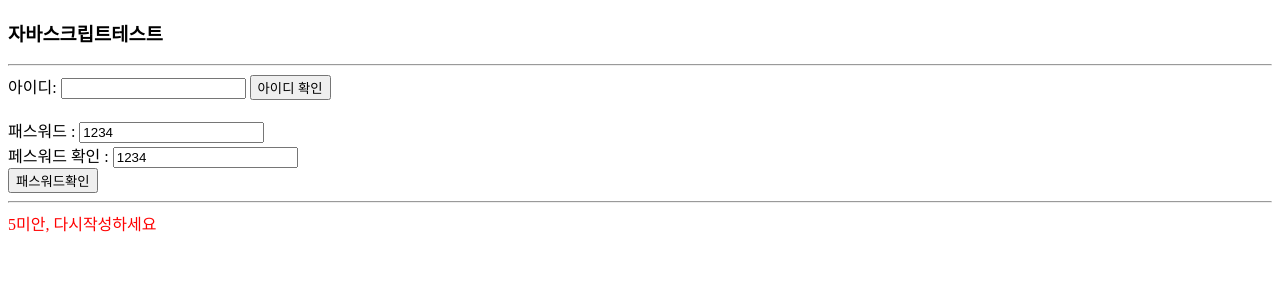
Repository: Yusubin/springEx
Page: http://localhost/spring04/js2.jsp
The author's editor kept a copy of each file at every save. The page is drawn from the files as they stood at one save, then again after the next save.
The browser window is 1280 px wide. The pictures show the whole page.
After loading, the first visible `#b1` was clicked once.
The page is served by Tomcat 9. Other server files are loaded and not shown.

Above is the page before, as saved 2022-02-17 03:50:27.

### spring04/src/main/webapp/js2.jsp
<%@ page language="java" contentType="text/html; charset=UTF-8"
	pageEncoding="UTF-8"%>
<!DOCTYPE html>
<html>
<head>
<meta charset="UTF-8">
<title>Insert title here</title>
<style>
#result, #dd {
	color: red;
}
</style>
<script src="https://ajax.googleapis.com/ajax/libs/jquery/3.6.0/jquery.min.js"></script>
<script type="text/javascript">
//아이디가 b1인 것을 클릭햇을때 가로안에 넣은 이름없는 함수를 실행해주렴

	$(function(){
		//메모리에 돔트리읽으면 함수의 내용대로 처리해줘
		text = ""
		img = ""
		$('#b1').click(function(){
			idValue=$('#id').val()
			if(idValue.length<5){
				$('#result').html("<span style='color:red'>5미안, 다시작성하세요</span>")
				$('#id').val('')
			}else{
				$('#result').html("<span style='color:red'>5미안, 다시작성하세요</span>")
			}
		})


	})

</script>
</head>
<body>
	<h3>자바스크립트테스트</h3>
	<hr>
	아이디:
	<input name="id" id="id" value="test">
	<button id="b1">아이디 확인</button>
	<div id="dd"></div>
	<br> 패스워드 :
	<input id="pass1" name="pass1" value="1234">
	<br> 페스워드 확인 :
	<input id="pass2" name="pass2" value="1234">
	<br>
	<button id="b2">패스워드확인</button>
	<hr>
	<div id="result"></div>
</body>
</html>

After the next save:
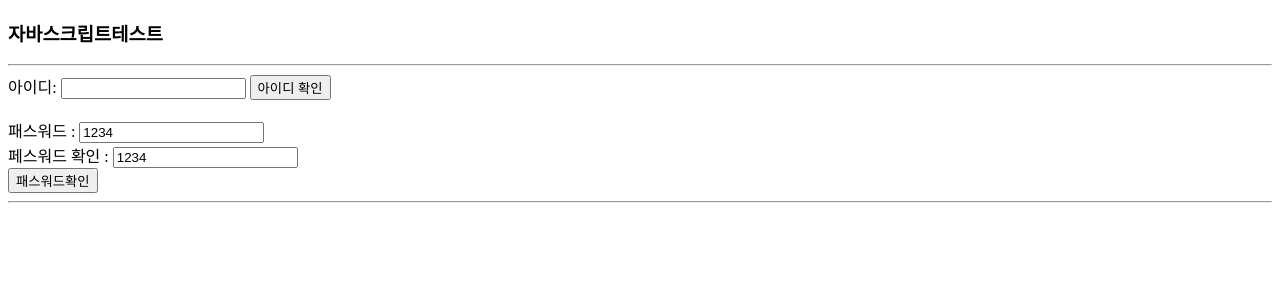
Saved 8 s later.
--- a/spring04/src/main/webapp/js2.jsp
+++ b/spring04/src/main/webapp/js2.jsp
@@ -21,7 +21,7 @@
 		$('#b1').click(function(){
 			idValue=$('#id').val()
 			if(idValue.length<5){
-				$('#result').html("<span style='color:red'>5미안, 다시작성하세요</span>")
+				$('#result').html(text)
 				$('#id').val('')
 			}else{
 				$('#result').html("<span style='color:red'>5미안, 다시작성하세요</span>")

After the save that followed:
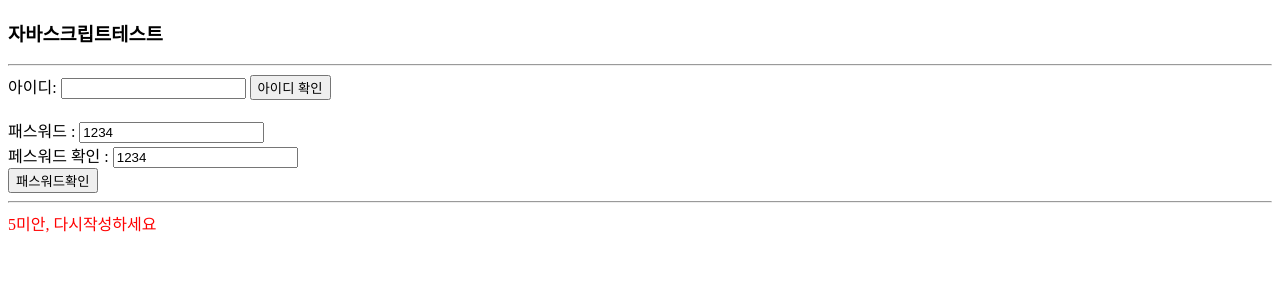
Saved 10 s later.
--- a/spring04/src/main/webapp/js2.jsp
+++ b/spring04/src/main/webapp/js2.jsp
@@ -21,6 +21,8 @@
 		$('#b1').click(function(){
 			idValue=$('#id').val()
 			if(idValue.length<5){
+				text = "<span style='color:red'>5미안, 다시작성하세요</span>"
+					img = "<img src='resources/img/0fc108b9a016b2be79292b0bdfb17be2.gif'>"
 				$('#result').html(text)
 				$('#id').val('')
 			}else{
